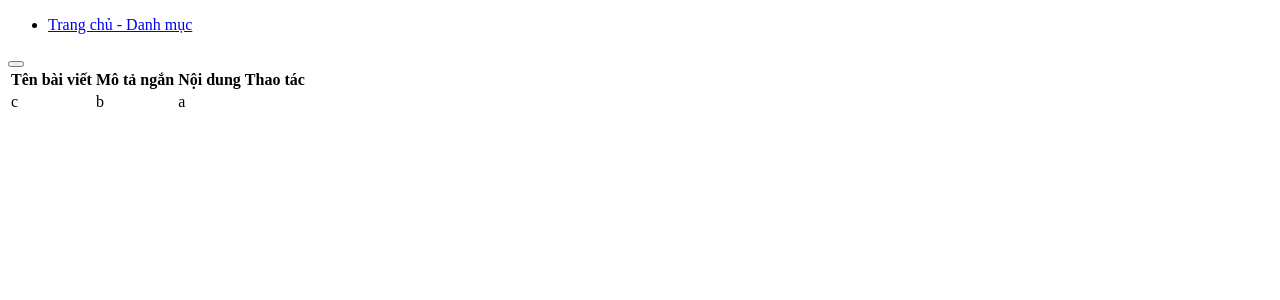
Repository: QuangThuanLion/Project_SpringMVC
Page: http://localhost/springweb-mvc/WEB-INF/views/admin/category/categories.jsp
These files come from the project's save history. The page is drawn as it stood at one moment and after the next save; the edit follows.
The browser window is 1280 px wide. The pictures show the whole page.
The page is served by Tomcat 9. Nobody is signed in. The template is opened directly, without the code that normally fills it, so the values that code supplies are empty.

Above is the page before, as saved 2020-07-05 11:08:32.

After the next save:
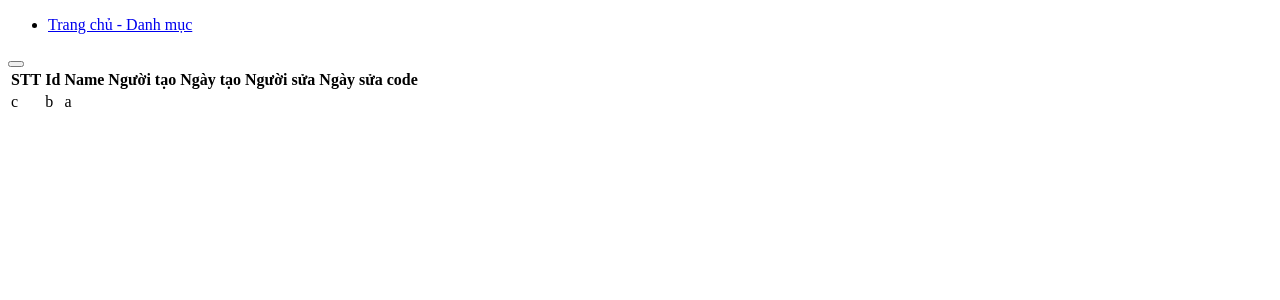
Saved 6 min 53 s later.
--- a/workspace/springweb-mvc/src/main/webapp/WEB-INF/views/admin/category/categories.jsp
+++ b/workspace/springweb-mvc/src/main/webapp/WEB-INF/views/admin/category/categories.jsp
@@ -50,10 +50,14 @@
 											<table class="table table-bordered">
 												<thead>
 													<tr>
-														<th>Tên bài viết</th>
-														<th>Mô tả ngắn</th>
-														<th>Nội dung</th>
-														<th>Thao tác</th>
+														<th>STT</th>
+														<th>Id</th>
+														<th>Name</th>
+														<th>Người tạo</th>
+														<th>Ngày tạo</th>
+														<th>Người sửa</th>
+														<th>Ngày sửa</th>
+														<th>code</th>
 													</tr>
 												</thead>
 												<tbody>
